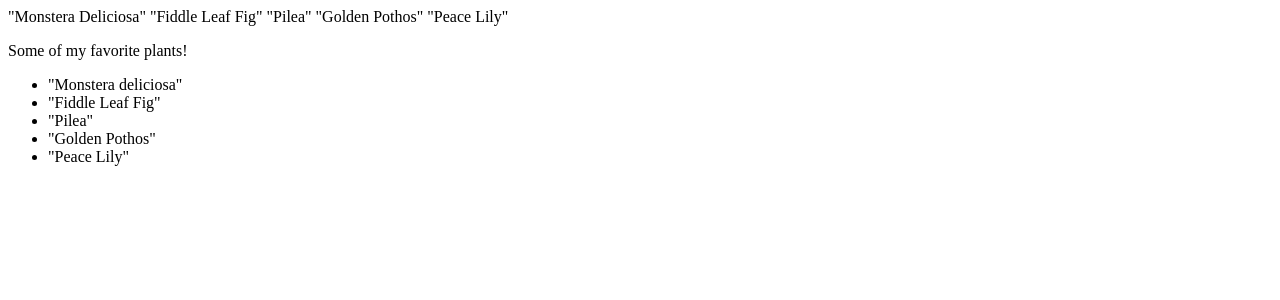
Repository: chiscobyte/README.md
Page: development/my_list.html
The author's editor kept a copy of each file at every save. The page is drawn from the files as they stood at one save, then again after the next save.
The browser window is 1280 px wide. The pictures show the whole page.

Above is the page before, as saved 2025-02-24 06:29:58.

### development/my_list.html
"Monstera Deliciosa"
"Fiddle Leaf Fig"
"Pilea"
"Golden Pothos"
"Peace Lily"
<p>Some of my favorite plants!</p>
<ul>
    <li>"Monstera deliciosa"</li>
    <li>"Fiddle Leaf Fig"</li>
    <li>"Pilea"</li>
    <li>"Golden Pothos"</li>
    <li>"Peace Lily"</li>
</ul>

After the next save:
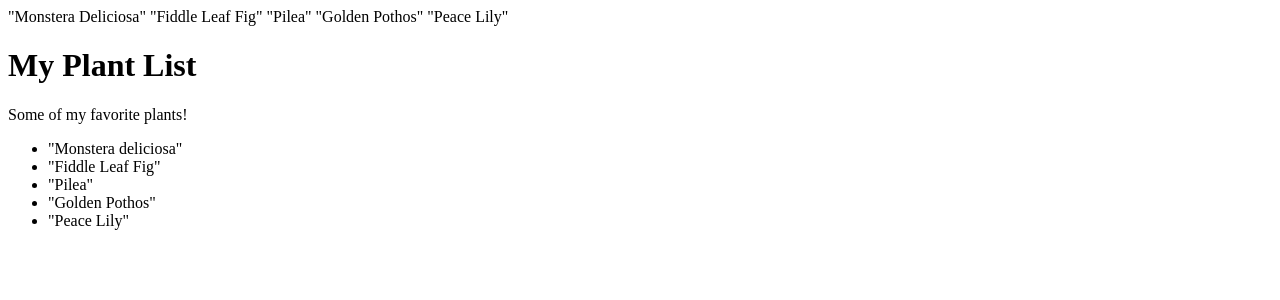
Saved 2 min 32 s later.
--- a/development/my_list.html
+++ b/development/my_list.html
@@ -3,6 +3,7 @@
 "Pilea"
 "Golden Pothos"
 "Peace Lily"
+<h1>My Plant List</h1>
 <p>Some of my favorite plants!</p>
 <ul>
     <li>"Monstera deliciosa"</li>
